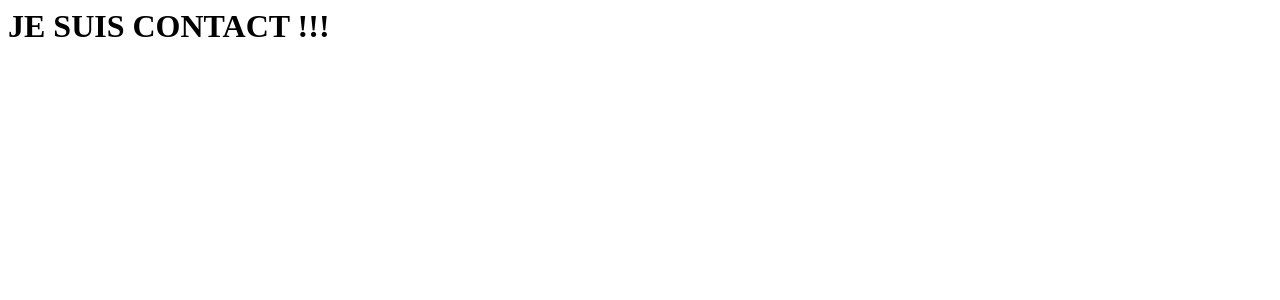
Repository: fabiocodedev/ExoJ2E
Page: http://localhost/j2e/vue/contact.jsp
The author's editor kept a copy of each file at every save. The page is drawn from the files as they stood at one save, then again after the next save.
The browser window is 1280 px wide. The pictures show the whole page.
The page is served by Tomcat 9. Other server files are loaded and not shown.

Above is the page before, as saved 2023-03-07 11:31:22.

### j2e/src/main/webapp/vue/contact.jsp

<c:import url="navbar/header.jsp"></c:import>

<div class="container">

	<h1>JE SUIS CONTACT !!!</h1>

</div>

<c:import url="navbar/footer.jsp"></c:import>

After the next save:
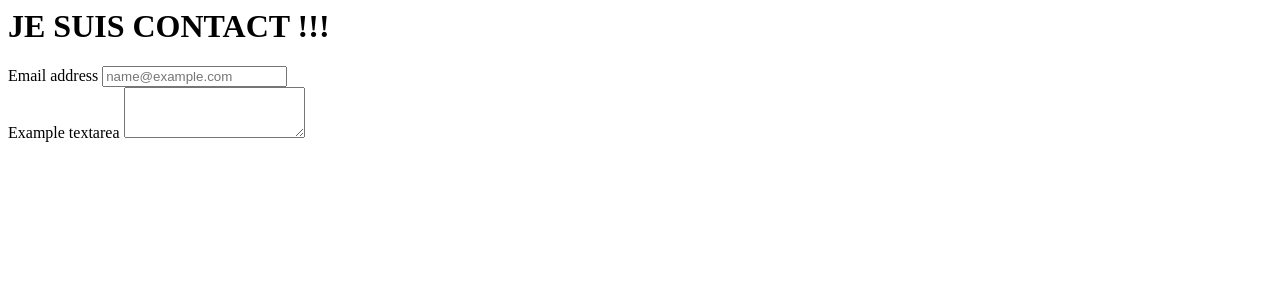
Saved 97 min 28 s later.
--- a/j2e/src/main/webapp/vue/contact.jsp
+++ b/j2e/src/main/webapp/vue/contact.jsp
@@ -2,9 +2,15 @@
 <c:import url="navbar/header.jsp"></c:import>
 
 <div class="container">
-
 	<h1>JE SUIS CONTACT !!!</h1>
-
+</div>
+<div class="mb-3">
+  <label for="exampleFormControlInput1" class="form-label">Email address</label>
+  <input type="email" class="form-control" id="exampleFormControlInput1" placeholder="name@example.com">
+</div>
+<div class="mb-3">
+  <label for="exampleFormControlTextarea1" class="form-label">Example textarea</label>
+  <textarea class="form-control" id="exampleFormControlTextarea1" rows="3"></textarea>
 </div>
 
 <c:import url="navbar/footer.jsp"></c:import>
